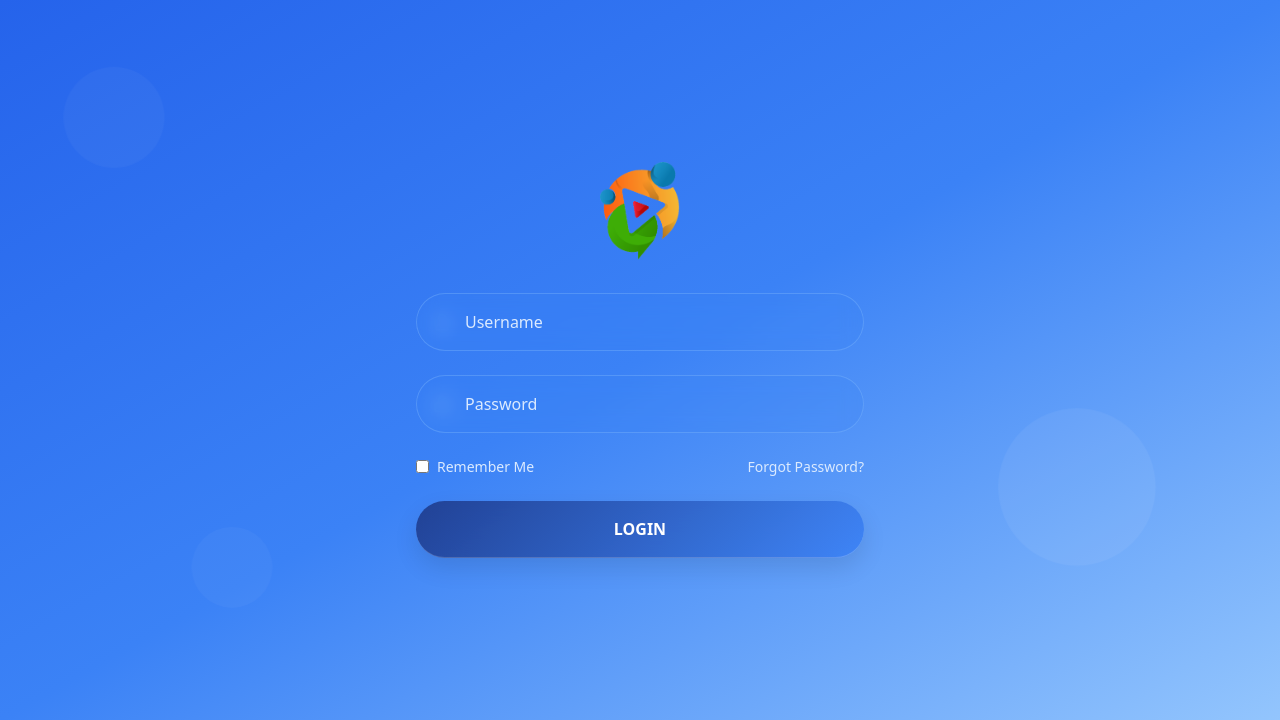
Repository: fatkquladhim/multimedia_app
Page: http://localhost/auth/login.php
These files come from the project's save history. The page is drawn as it stood at one moment and after the next save; the edit follows.
The browser window is 1280 px wide. The pictures show the whole page.
Some web libraries are served in a nearby version. The page is run by PHP 8.4 with error messages shown; the project is at /var/www/html/.

Above is the page before, as saved 2025-07-21 13:15:56.

After the next save:
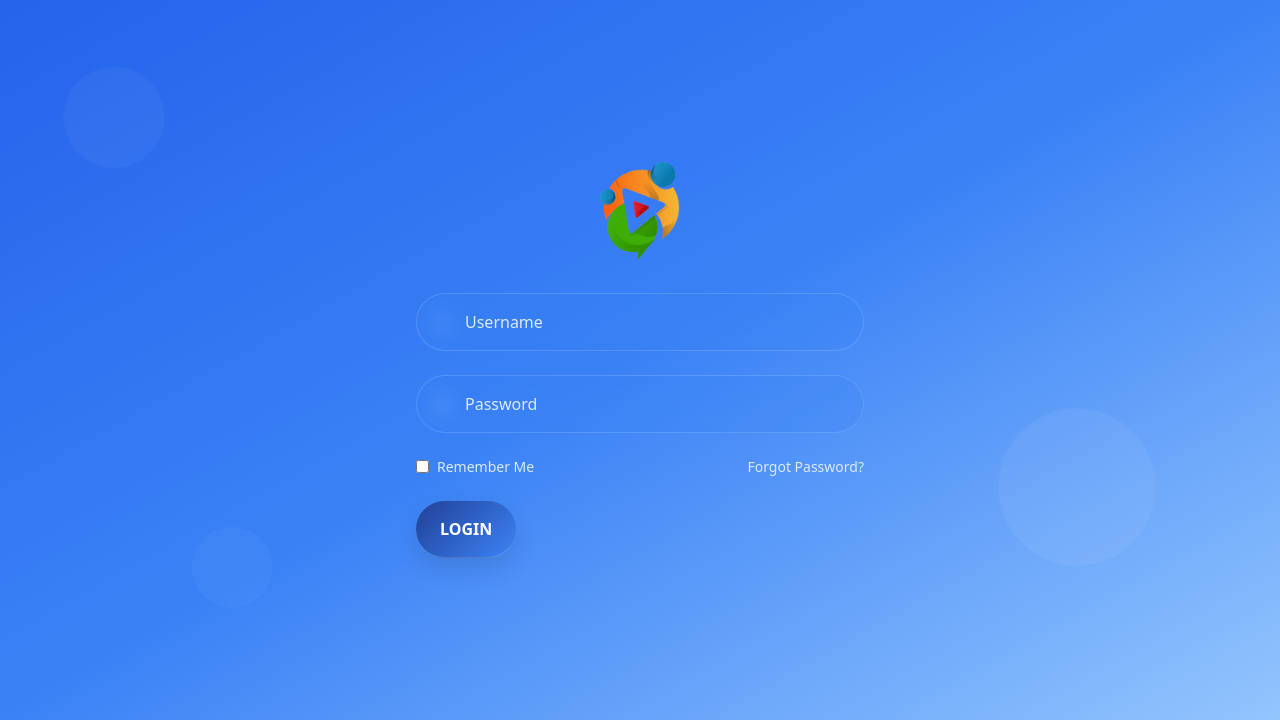
Saved 37 s later.
--- a/auth/login.php
+++ b/auth/login.php
@@ -216,7 +216,7 @@
             <!-- Login Button -->
                 <button
                     type="submit"
-                    class="login-btn w-full py-2 font-semibold rounded-full focus:outline-none glass-header px-6 py-4 text-white relative z-10">
+                    class="login-btn w-100 py-2 font-semibold rounded-full focus:outline-none glass-header px-6 py-4 text-white relative z-10">
                     LOGIN
                 </button>
         </form>

After the 3 saves that followed:
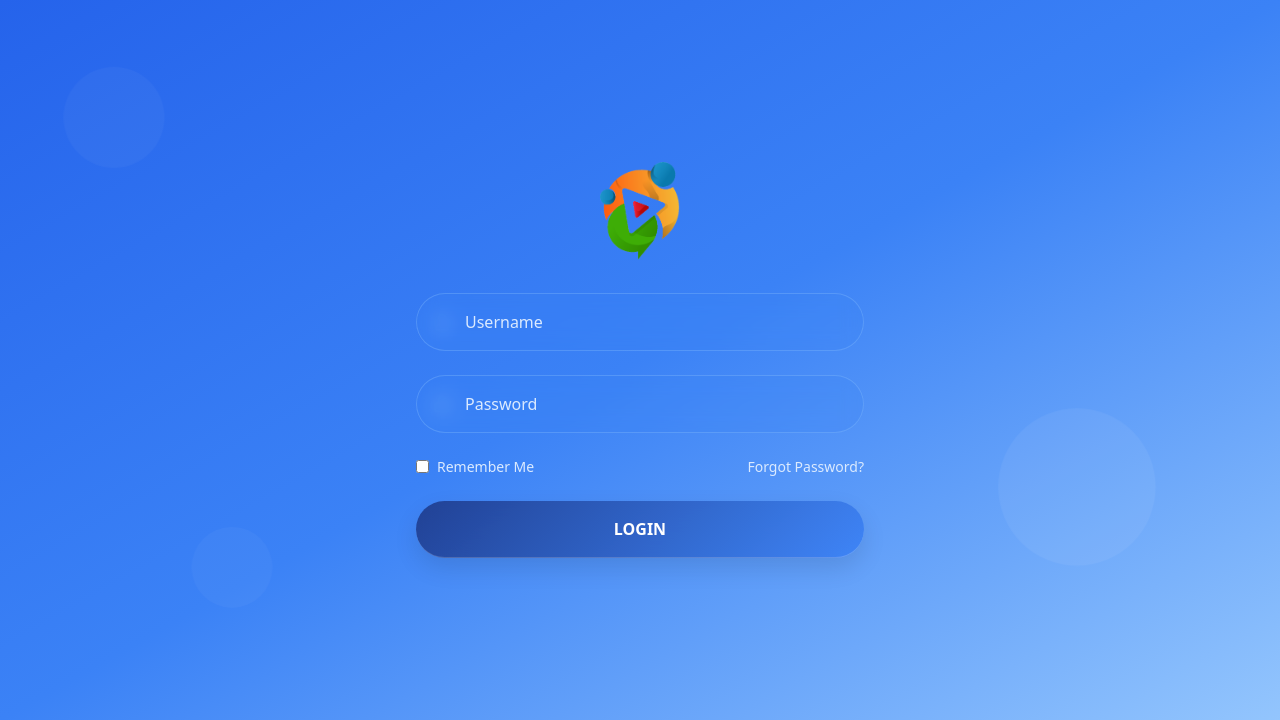
The 3 saves are shown as one change because 2 left the picture as it was.
The last was saved 31 s later.
--- a/auth/login.php
+++ b/auth/login.php
@@ -216,7 +216,7 @@
             <!-- Login Button -->
                 <button
                     type="submit"
-                    class="login-btn w-100 py-2 font-semibold rounded-full focus:outline-none glass-header px-6 py-4 text-white relative z-10">
+                    class="login-btn w-full py-2 font-semibold rounded-full focus:outline-none glass-header px-6 py-4 text-white relative z-10">
                     LOGIN
                 </button>
         </form>
